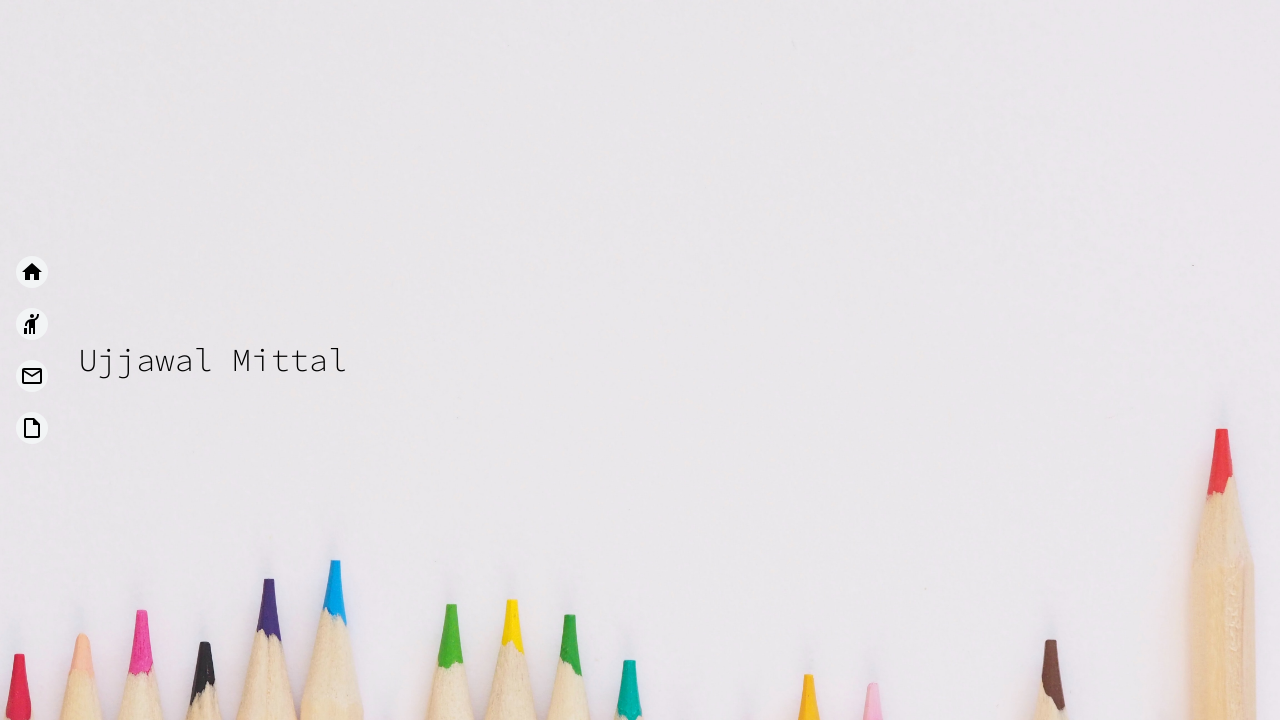
Repository: ujjawalmittal55/portfolio1
Page: /
The author's editor kept a copy of each file at every save. The page is drawn from the files as they stood at one save, then again after the next save.
The browser window is 1280 px wide. The pictures show the whole page.
The project was rebuilt for these pictures with package versions that can differ from the ones it lists, and the page was loaded fresh each time.

Above is the page before, as saved 2022-05-04 22:40:35.

After the next save:
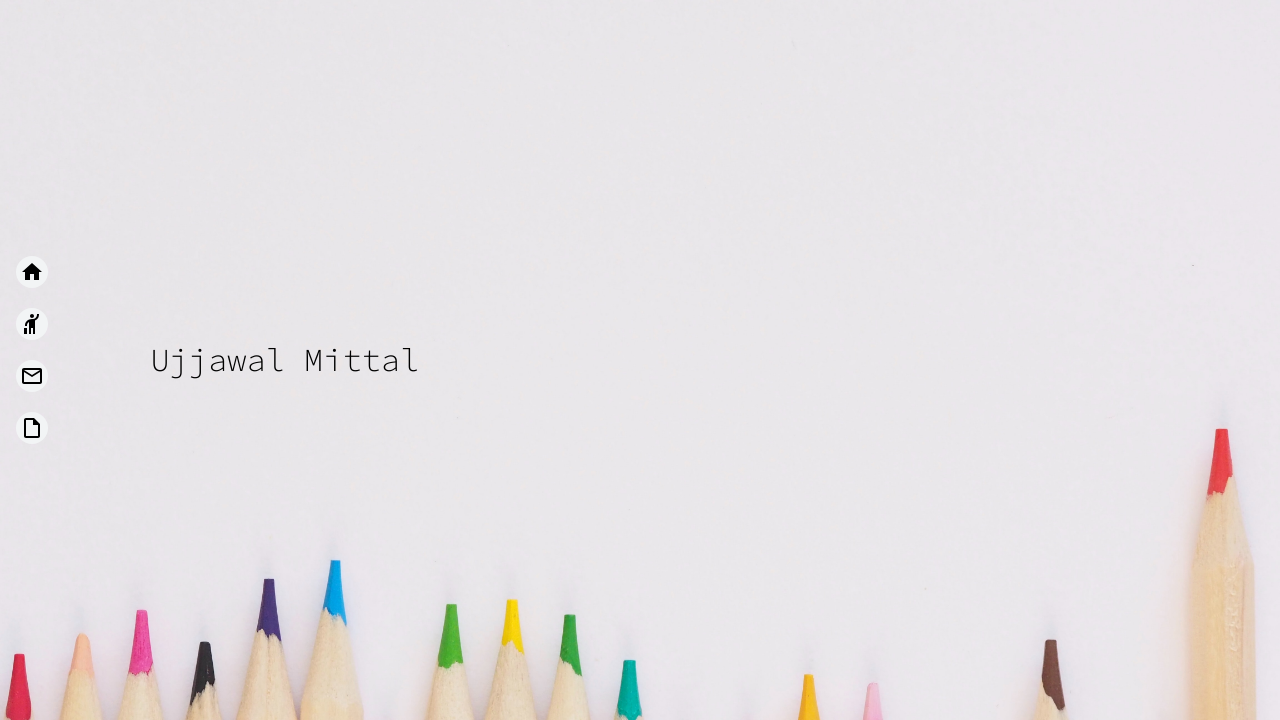
Saved 7 s later.
--- a/src/display.css
+++ b/src/display.css
@@ -6,7 +6,7 @@
   height: 100vh;
 }
 .name {
-  margin-left: 2vh;
+  margin-left: 12vh;
   font-family: "Source Code Pro", monospace;
   font-size: 2em;
   display: flex;
